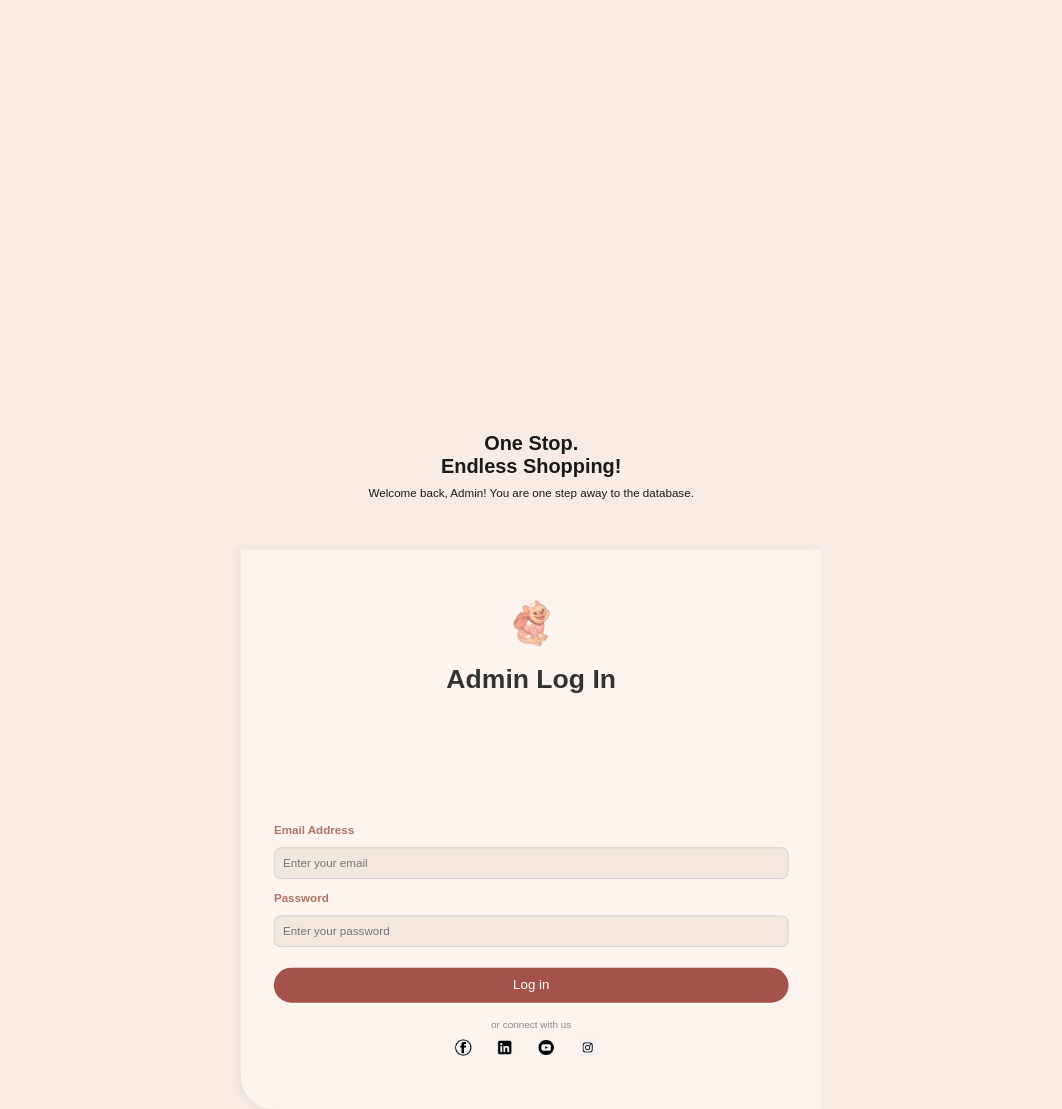
Repository: Yanayana-p/Bullgoods
Page: /adminlogin (app in Bullgoodiez/)
The author's editor kept a copy of each file at every save. The page is drawn from the files as they stood at one save, then again after the next save.
The browser window is 1280 px wide. The pictures show the whole page, at 83% of full size.
Some web fonts or font styles are not loaded; a fallback is used. The project was rebuilt for these pictures with package versions that can differ from the ones it lists, and the page was loaded fresh each time. Also part of the build but not shown: Bullgoodiez/vite.config.js, Bullgoodiez/src/components/Navbar.css, Bullgoodiez/src/components/Navbar.jsx, Bullgoodiez/src/components/Home.jsx, Bullgoodiez/src/components/Developers.css, Bullgoodiez/src/components/Developers.jsx, Bullgoodiez/src/components/Mission1.css, Bullgoodiez/src/components/Mission1.jsx and 22 more.

Above is the page before, as saved 2025-05-18 23:08:08.

### Bullgoodiez/index.html
<!doctype html>
<html lang="en">
  <head>
    <meta charset="UTF-8" />
    <link rel="icon" type="image/svg+xml" href="/vite.svg" />
    <meta name="viewport" content="width=device-width, initial-scale=1.0" />
    <title>Bullgoods Marketplace</title>
       <!-- Google Fonts link-->
       <link href="https://fonts.googleapis.com/css2?family=Poetsen+One&display=swap" rel="stylesheet">
       <link rel="preconnect" href="https://fonts.googleapis.com">
   <link rel="preconnect" href="https://fonts.gstatic.com" crossorigin>
   <link href="https://fonts.googleapis.com/css2?family=Poppins:ital,wght@0,100;0,200;0,300;0,400;0,500;0,600;0,700;0,800;0,900;1,100;1,200;1,300;1,400;1,500;1,600;1,700;1,800;1,900&display=swap" rel="stylesheet">
   <link rel="preconnect" href="https://fonts.googleapis.com">
   <link rel="preconnect" href="https://fonts.gstatic.com" crossorigin>
   <link href="https://fonts.googleapis.com/css2?family=League+Spartan:wght@100..900&family=Poppins:ital,wght@0,100;0,200;0,300;0,400;0,500;0,600;0,700;0,800;0,900;1,100;1,200;1,300;1,400;1,500;1,600;1,700;1,800;1,900&display=swap" rel="stylesheet">

  </head>
  <body>
    <div id="root"></div>
    <script type="module" src="/src/main.jsx"></script>
  </body>
</html>

### Bullgoodiez/src/index.css
* {
  margin: 0;
  padding: 0;
  box-sizing: border-box;
}

body {
  font-family: 'Segoe UI', sans-serif;
  background-color: #F2E7DD;
  color: #333;
}

a {
  text-decoration: none;
  color: inherit;
}

html {
  scroll-behavior: smooth;
}

### Bullgoodiez/src/App.jsx
import React from 'react';
import { useParams } from 'react-router-dom';
import { BrowserRouter as Router, Routes, Route } from 'react-router-dom';

// Main page components
import Navbar from './components/Navbar';
import Home from './components/Home';
import Developers from './components/Developers';
import Mission from './components/Mission1';
import Footer from './components/Footer1';

// First page components
import Fnavbar1 from './firstpage/Fnavbar';
import Fhome from './firstpage/Fhome';
import Fcategory from './firstpage/fcategory';
import Fproducts from './firstpage/Fproducts';
import Ffooter from './firstpage/Ffooter';

// User page components
import Unavbar from './userpage/Unavbar';
import Uprofile from './userpage/Uprofile';
import Uinfo from './userpage/Uinfo';
import Ufooter from './userpage/Ufooter';

import LoginPage from './loginpage/loginpage';
import Navibar from './components/Navibar';

import Pnavbar from './dproductpage/Pnavbar';
import Pproduct from './dproductpage/Pproduct';
import Pfooter from './dproductpage/Pfooter';

import Alogin from './adminlogin/alogin';


function MainPage() {
  return (
    <>
      <Navbar />
      <div id="hero">
        <Home />
      </div>
      <div id="developers">
        <Developers />
      </div>
      <div id="mission">
        <Mission />
      </div>
      <div id="footer">
        <Footer />
      </div>
    </>
  );
}

function FirstPage() {
  return (
    <>
      <Fnavbar1 />
      <div className="fhome-wrapper">
        <Fhome />
      </div>
      <div className="fcategory-wrapper">
        <Fcategory />
      </div>
      <div className="fproducts-wrapper">
        <Fproducts />
      </div>
      <div className="ffooter-wrapper">
        <Ffooter />
      </div>
    </>
  );
}

function UserPage() {
  return (
    <>
      <Unavbar />
      <div className="Uprofile-wrapper">
        <Uprofile />
      </div>
      <div className="Uinfo-wrapper">
        <Uinfo />
      </div>
      <div className="Ufooter-wrapper">
        <Ufooter />
      </div>
    </>
  );
}

function ProductPage() {
  const { id } = useParams();
  return (
    <>
      <Pnavbar />
      <div className="product-wrapper">
        <Pproduct productId={id} />
      </div>
      <Pfooter />
    </>
  );
}

function AdminLogin() {
  return (
    <>
      <Alogin />
    </>
  );
}

function App() {
  return (
    <Router>
      <Routes>
        <Route path="/" element={<MainPage />} />
        <Route path="/firstpage" element={<FirstPage />} />
        <Route path="/userpage" element={<UserPage />} />
        <Route path="/loginpage" element={<><Navibar /> <LoginPage /></>} />
        <Route path="/dproductpage/:id" element={<ProductPage />} />
        <Route path="/adminlogin" element={<AdminLogin />} />
      </Routes>
    </Router>
  );
}

export default App;

### Bullgoodiez/src/adminlogin/alogin.jsx
import React from 'react';
import './alogin.css';

const Alogin = () => {
  return (
    <div className="admin-login-page">
      <div className="admin-left-panel">
        <h2>One Stop.<br />Endless Shopping!</h2>
        <p>Welcome back, Admin! You are one step away to the database.</p>
      </div>

      <div className="admin-right-wrapper">
        <div className="admin-right-panel">
          <img src="/webcon.png" alt="Bullgoods" className="logo" />
          <h1>Admin Log In</h1>
          <form className="login-form">
            <label>Email Address</label>
            <input type="email" placeholder="Enter your email" />

            <label>Password</label>
            <input type="password" placeholder="Enter your password" />

            <button type="submit">Log in</button>
          </form>

          <p className="connect-text">or connect with us</p>
          <div className="social-icons">
            <a href="#"><img src="/fb-icon.png" alt="Facebook" /></a>
            <a href="#"><img src="/linkedin-icon.png" alt="LinkedIn" /></a>
            <a href="#"><img src="/youtube-icon.png" alt="YouTube" /></a>
            <a href="#"><img src="/instagram-icon.png" alt="Instagram" /></a>
          </div>
        </div>
      </div>
    </div>
  );
};

export default Alogin;

### Bullgoodiez/src/components/Home.css
@import url('https://fonts.googleapis.com/css2?family=Dancing+Script:wght@400;700&family=Poppins:wght@400;600&display=swap');

.home-container {
    padding-top: 100px;
    text-align: center;
}

.hero-section {
    background-color: #f0f0f0;
    padding: 100px 40px;
    border: 2px solid #CA8E82;
    border-radius: 36px;
    max-width: 1500px;
    margin: 0 auto;
    display: flex;
    justify-content: space-between;
    align-items: center;
    gap: 0px;
    transition: transform 0.3s ease-in-out;
}

.hero-section:hover {
    transform: translateY(-10px);
}

.hero-section .image-container {
    width: 50%;
}

.hero-section img {
    width: 80%;
    height: auto;
    transition: transform 0.3s ease-in-out;
}

.hero-section img:hover {
    transform: scale(1.1);
}

.hero-section .text-container {
    width: 50%;
    text-align: center;
    display: flex;
    flex-direction: column;
    align-items: center;
    justify-content: center;
}

.hero-section h1 {
    font-family: 'Dancing Script', cursive;
    font-size: 48px;
    color: #CA8E82;
    margin-bottom: 20px;
    letter-spacing: 1px;
    animation: fadeIn 1s ease-out;
}

@keyframes fadeIn {
    0% {
        opacity: 0;
        transform: translateY(20px);
    }
    100% {
        opacity: 1;
        transform: translateY(0);
    }
}

.hero-section p {
    font-family: 'Poppins', sans-serif;
    font-size: 20px;
    color: #666;
    line-height: 1.6;
    letter-spacing: 0.5px;
    opacity: 0;
    animation: fadeIn 1.5s ease-out forwards;
    animation-delay: 0.5s;
}

.shop-now {
    padding: 10px 30px;
    background-color: #CA8E82;
    border: none;
    color: white;
    font-size: 18px;
    font-weight: bold;
    cursor: pointer;
    border-radius: 27px;
    margin-top: 20px;
    transition: background-color 0.3s ease, transform 0.3s ease;
}

.shop-now:hover {
    background-color: #292421;
    transform: translateY(-5px);
}

.features {
    padding: 50px 20px;
}

.features h2 {
    font-size: 30px;
    color: #333;
    font-family: 'Poppins', sans-serif;
    font-weight: 600;
}

.feature-cards {
    display: flex;
    justify-content: center;
    gap: 30px;
    margin-top: 40px;
}

.feature-card {
    background-color: #f8f8f8;
    border: 1px solid #ddd;
    padding: 20px;
    width: 250px;
    text-align: center;
    border-radius: 10px;
    transition: transform 0.3s ease, box-shadow 0.3s ease;
}

.feature-card:hover {
    transform: translateY(-10px);
    box-shadow: 0 8px 16px rgba(0, 0, 0, 0.1);
}

.feature-card h3 {
    font-size: 20px;
    color: #CA8E82;
    font-family: 'Dancing Script', cursive;
    transition: color 0.3s ease;
}

.feature-card:hover h3 {
    color: #292421;
}

.feature-card p {
    font-size: 16px;
    color: #555;
    font-family: 'Poppins', sans-serif;
    transition: color 0.3s ease;
}

.feature-card:hover p {
    color: #CA8E82;
}

### Bullgoodiez/src/components/Footer1.css
.footer {
    display: flex;
    justify-content: space-between;
    padding: 30px;
    background-color: #f2e7dd; /* Background color for the footer */
    color: #CA8E82; /* Text color */
    font-family: 'Arial', sans-serif;
    margin-top: 30px; /* Ensure there's space between the content and the footer */
    z-index: 1;  /* Set a lower z-index than the navbar if needed */
    position: relative; /* Ensures the footer is positioned within the normal document flow */
  }

  .footer-left {
    flex: 1;
    text-align: left;
  }

  .footer-left h2 {
    font-size: 30px;
    margin-bottom: 10px;
  }

  .social-icons a {
    margin-right: 15px;
  }

  .social-icons img {
    width: 20px;
    height: 20px;
  }

  .footer-right {
    color: #000000;
    flex: 2;
    display: flex;
    justify-content: space-between;
  }

  .footer-column {
    font-size: 15px;
    display: flex;
    flex-direction: column;
    width: 200px; /* Adjust width per column */
  }

  .footer-column h4 {
    font-size: 20px;
    margin-bottom: 10px;
  }

  .footer-column ul {
    list-style-type: none;
    padding: 0;
  }

  .footer-column li {
    margin-bottom: 8px;
    font-size: 16px;
  }

  .footer-column li:hover {
    text-decoration: underline;
  }

### Bullgoodiez/src/firstpage/Fnavbar.css
.fnavbar {
    display: flex;
    justify-content: space-between;
    align-items: center;
    padding: 10px 20px;
    background-color: #F2E7DD;
    position: fixed;
    top: 0;
    left: 0;
    right: 0;
    z-index: 100;
    transition: background-color 0.3s ease, box-shadow 0.3s ease;
  }

  .fnavbar-left {
    display: flex;
    justify-content: flex-start;
}

.fnavbar-center {
    display: flex;
    justify-content: center;
    flex: 2; /* This will take up more space in the middle */
}

.fnavbar-logo {
    height: 40px;
    margin-top: 10px;
}

.fnavbar-right {
    display: flex;
    gap: 10px;
    align-items: center;
    justify-content: center; /* Center the buttons */
    flex: 17; /* Ensures the right side only takes as much space as it needs */
}

.icon-button {
    background-color: #292421;
    color: #f3e7dd;
    border: none;
    border-radius: 37%;
    width: 40px;
    height: 40px;
    font-size: 18px;
    display: flex;
    align-items: center;
    justify-content: center;
    cursor: pointer;
    margin-top: 20px;
    transition: background-color 0.3s ease;
}

.icon-button:hover {
    background-color: #CA8E82;
}

  .start-selling {
    background-color: #292421;
    color: #f3e7dd;
    border: none;
    padding: 13px 34px;
    border-radius: 27px;
    font-weight: bold;
    cursor: pointer;
    margin-top: 20px;
    transition: background-color 0.3s ease;
  }

  .start-selling:hover {
    background-color: #CA8E82;
  }


  body {
    padding-top: 60px;
  }

### Bullgoodiez/src/firstpage/Fhome.css
@import url('https://fonts.googleapis.com/css2?family=Dancing+Script:wght@400;700&family=Poppins:wght@400;600&display=swap');

.fhome-container {
    display: flex;
    flex-direction: column;
    align-items: center;
    justify-content: center;
    height: 30vh;
    background-color: #f3e7dd;
    color: #292421;
    text-align: center;
    padding-top: 300px;
}

.time-day {
    display: flex;
    justify-content: center;
    align-items: center;
    gap: 20px; /* Adds space between time and day */
    padding: 10px; /* Add padding for space inside the border */
    border: 2px solid #CA8E82; /* Border with a specific color */
    border-radius: 110px; /* Border radius of 6px */
    background-color: white; /* Optional: Adds a background color for contrast */
}

.ph-time {
    font-size: 80px;
    font-weight: bold;
    margin: 0;
    font-family: 'Poppins', sans-serif; /* Clean, modern font for the time */
    padding: 25px 50px; /* Add padding for space inside the border */
    border: 2px solid #CA8E82; /* Border with a specific color */
    border-radius: 100px; /* Border radius of 6px */
    background-color: white; /* Optional: Adds a background color for contrast */
}

.day-date {
    font-size: 24px;
    margin-top: 15px;
    font-family: 'sans-serif';
}

.current-day {
    font-weight: bold;
}

.full-date {
    font-size: 24px;
    color: #333;
}

.search-image {
    margin-top: 30px;
    width: 250px;  /* You can adjust this value as needed */
    height: auto;  /* Maintain the aspect ratio */
    object-fit: contain;  /* Ensure it doesn't get distorted */
    margin-bottom: 0px;  /* Adds space between the image and the search bar */
  }

.search-section {
    display: flex;
    justify-content: center;
    align-items: center;
    margin-top: 1px;
    width: 100%;
}

.search-wrapper {
    position: relative;
    width: 100%;
    max-width: 700px;
}

/* input styling */
.search-bar {
    width: 100%;
    padding: 12px 50px 12px 20px; /* space for button inside */
    font-size: 18px;
    border: 2px solid #292421;
    border-radius: 30px;
    background-color: rgba(0, 0, 0, 0.1); /* Semi-transparent black */
    outline: none;
    transition: all 0.3s ease;
}

.search-bar:focus {
    border-color: #292421;
    box-shadow: 0 0 10px rgba(202, 142, 130, 0.5);
    background-color: rgba(224, 128, 144, 0.3); /* Slightly darker transparent black when focused */
}

/* icon button styling */
.search-button {
    position: absolute;
    right: 17px;
    top: 50%;
    transform: translateY(-50%);
    background-color: transparent;
    border: none;
    font-size: 20px;
    border-color: #292421;
    cursor: pointer;
    padding: 0;
}

.search-button:hover {
    color: #A03936;
}

body {
    padding-top: 60px; /* Ensure that the page content doesn't hide under the navbar */
}

.fhome-wrapper,
.fcategory-wrapper,
.fproducts-wrapper {
  display: flex;
  flex-direction: column;
  align-items: center;
  width: 100%;
}

### Bullgoodiez/src/firstpage/Ffooter.css
.footer {
    display: flex;
    justify-content: space-between;
    padding: 30px;
    background-color: #f2e7dd; /* Background color for the footer */
    color: #CA8E82; /* Text color */
    font-family: 'Arial', sans-serif;
    margin-top: 30px; /* Ensure there's space between the content and the footer */
    z-index: 1;  /* Set a lower z-index than the navbar if needed */
    position: relative; /* Ensures the footer is positioned within the normal document flow */
  }

  .footer-left {
    flex: 1;
    text-align: left;
  }

  .footer-left h2 {
    font-size: 30px;
    margin-bottom: 10px;
  }

  .social-icons a {
    margin-right: 15px;
  }

  .social-icons img {
    width: 20px;
    height: 20px;
  }

  .footer-right {
    color: #000000;
    flex: 2;
    display: flex;
    justify-content: space-between;
  }

  .footer-column {
    font-size: 15px;
    display: flex;
    flex-direction: column;
    width: 200px; /* Adjust width per column */
  }

  .footer-column h4 {
    font-size: 20px;
    margin-bottom: 10px;
  }

  .footer-column ul {
    list-style-type: none;
    padding: 0;
  }

  .footer-column li {
    margin-bottom: 8px;
    font-size: 16px;
  }

  .footer-column li:hover {
    text-decoration: underline;
  }

### Bullgoodiez/src/userpage/Uinfo.css
.user-form-minimal {
    width: 50%;
    margin-left: 2rem;
    padding: 2rem;
    background: none;
    box-shadow: none;
    transition: all 0.3s ease-in-out;
  }

  .user-form-minimal h2 {
    font-size: 1.8rem;
    margin-bottom: 1.5rem;
  }

  .form-row {
    display: flex;
    gap: 1rem;
    margin-bottom: 1rem;
  }

  .form-group {
    flex: 1;
    display: flex;
    flex-direction: column;
    transition: all 0.3s ease;
  }

  label {
    margin-bottom: 0.5rem;
    font-weight: bold;
  }

  input {
    padding: 0.5rem;
    border: 1px solid #ccc;
    border-radius: 4px;
    transition: border 0.3s ease, box-shadow 0.3s ease;
    background-color: #F2E7DD;
  }

  input:focus {
    border-color: #000;
    box-shadow: 0 0 5px rgba(0, 0, 0, 0.2);
    outline: none;
  }

  .submit-btn {
    width: 100%;
    padding: 0.75rem;
    background-color: #000;
    border-radius: 8px;
    color: white;
    border: none;
    margin-top: 1rem;
    cursor: pointer;
    transition: background-color 0.3s ease;
  }

  .submit-btn:hover {
    background-color: #333;
  }

  .action-buttons {
    display: flex;
    justify-content: space-between;
    margin-top: 1rem;
  }

  .edit-btn,
  .delete-btn {
    flex: 1;
    padding: 0.75rem;
    margin: 0.5rem;
    border: none;
    cursor: pointer;
    border-radius: 8px;
    transition: background-color 0.3s ease, transform 0.2s ease;
  }

  .edit-btn {
    background-color: #000;
    color: #F2E7DD;
  }

  .edit-btn:hover {
    background-color: #333;
    transform: scale(1.02);
  }

  .delete-btn {
    background-color: #b23b3b;
    color: white;
  }

  .delete-btn:hover {
    background-color: #911c1c;
    transform: scale(1.02);
  }

### Bullgoodiez/src/userpage/Ufooter.css
.footer {
    display: flex;
    justify-content: space-between;
    padding: 30px;
    background-color: #f2e7dd; /* Background color for the footer */
    color: #CA8E82; /* Text color */
    font-family: 'Arial', sans-serif;
    margin-top: 30px; /* Ensure there's space between the content and the footer */
    z-index: 1;  /* Set a lower z-index than the navbar if needed */
    position: relative; /* Ensures the footer is positioned within the normal document flow */
  }

  .footer-left {
    flex: 1;
    text-align: left;
  }

  .footer-left h2 {
    font-size: 30px;
    margin-bottom: 10px;
  }

  .social-icons a {
    margin-right: 15px;
  }

  .social-icons img {
    width: 20px;
    height: 20px;
  }

  .footer-right {
    color: #000000;
    flex: 2;
    display: flex;
    justify-content: space-between;
  }

  .footer-column {
    font-size: 15px;
    display: flex;
    flex-direction: column;
    width: 200px; /* Adjust width per column */
  }

  .footer-column h4 {
    font-size: 20px;
    margin-bottom: 10px;
  }

  .footer-column ul {
    list-style-type: none;
    padding: 0;
  }

  .footer-column li {
    margin-bottom: 8px;
    font-size: 16px;
  }

  .footer-column li:hover {
    text-decoration: underline;
  }

### Bullgoodiez/src/dproductpage/Pproduct.css
body {
  margin: 0;
  font-family: Arial, sans-serif;
  background-color: #f8ebe3;
}

.page-container {
  padding-top: 100px;
  display: flex;
  justify-content: center;
  overflow-x: hidden;
}

.product-container {
  display: flex;
  flex-direction: row;
  gap: 40px;
  max-width: 1000px;
  width: 100%;
  padding: 40px;
  border-radius: 12px;
  color: black;
  box-shadow: 0 2px 10px rgba(0, 0, 0, 0.1);
  flex-wrap: wrap; /* Allow wrap for responsiveness */
}

.image-section {
  flex: 1;
  min-width: 300px;
  display: flex;
  align-items: center;
  justify-content: center;
}

.main-image {
  width: 300px;
  height: 300px;
  object-fit: cover;
  border-radius: 10px;
  border: 2px solid #ccc;
}

.details-section {
  flex: 1;
  min-width: 300px;
  max-width: 100%;
  display: flex;
  flex-direction: column;
  justify-content: flex-start;
  overflow-y: auto;
  max-height: 400px; /* Set a height limit to allow scroll */
}

.details-section h2 {
  margin-bottom: 10px;
  font-size: 28px;
}

.price {
  color: #8b2d2d;
  font-size: 22px;
  margin-bottom: 15px;
}

.details-section p {
  font-size: 16px;
  line-height: 1.6;
  margin-bottom: 20px;
  word-wrap: break-word;
}

.button-row {
  display: flex;
  gap: 15px;
  flex-wrap: wrap;
}

.btn {
  padding: 10px 20px;
  background-color: #8b2d2d;
  color: white;
  border: none;
  border-radius: 20px;
  cursor: pointer;
  transition: background-color 0.3s;
}

.btn:hover {
  background-color: #5f1c1c;
}

.product-not-found {
  margin-top: 100px;
  text-align: center;
  font-size: 20px;
  color: red;
}

### Bullgoodiez/src/dproductpage/Pfooter.css
.footer {
    display: flex;
    justify-content: space-between;
    padding: 30px;
    background-color: #f2e7dd; /* Background color for the footer */
    color: #CA8E82; /* Text color */
    font-family: 'Arial', sans-serif;
    margin-top: 30px; /* Ensure there's space between the content and the footer */
    z-index: 1;  /* Set a lower z-index than the navbar if needed */
    position: relative; /* Ensures the footer is positioned within the normal document flow */
    flex-shrink: 0;
  }

  .footer-left {
    flex: 1;
    text-align: left;
  }

  .footer-left h2 {
    font-size: 30px;
    margin-bottom: 10px;
  }

  .social-icons a {
    margin-right: 15px;
  }

  .social-icons img {
    width: 20px;
    height: 20px;
  }

  .footer-right {
    color: #000000;
    flex: 2;
    display: flex;
    justify-content: space-between;
  }

  .footer-column {
    font-size: 15px;
    display: flex;
    flex-direction: column;
    width: 200px; /* Adjust width per column */
  }

  .footer-column h4 {
    font-size: 20px;
    margin-bottom: 10px;
  }

  .footer-column ul {
    list-style-type: none;
    padding: 0;
  }

  .footer-column li {
    margin-bottom: 8px;
    font-size: 16px;
  }

  .footer-column li:hover {
    text-decoration: underline;
  }

### Bullgoodiez/src/adminlogin/alogin.css
.admin-left-panel {
  flex: 1;
  padding: 60px 40px;
  color: #1a1a1a;
  display: flex;
  flex-direction: column;
  justify-content: center;
  text-align: center;
  margin-top: 400px;
}

.admin-left-panel h2 {
  font-size: 24px;
  font-weight: bold;
  margin-bottom: 10px;
}

.admin-left-panel p {
  font-size: 14px;
}

.admin-right-wrapper {
  flex: 1;
  display: flex;
  align-items: flex-start; /* Align to top */
  justify-content: center;
  background-color: transparent; /* No background here */
  position: relative;
}

.admin-right-panel {
  margin-top: 0;
  background-color: #fdf4ef;
  border-bottom-left-radius: 40px;
  height: 100%;
  width: 100%; /* Takes full space of wrapper */
  max-width: 700px; /* ← Increase this to widen the rectangle */
  padding: 60px 40px;
  box-shadow: -5px 0 10px rgba(0, 0, 0, 0.05);
  display: flex;
  flex-direction: column;
  align-items: center;
}

.logo {
  width: 50px;
  margin-bottom: 10px;
}

h1 {
  margin: 10px 0;
}

.login-form {
  width: 100%;
  display: flex;
  flex-direction: column;
  text-align: left;
  margin-top: 130px; /* Add this */
}

.login-form label {
  font-size: 14px;
  margin-top: 15px;
  color: #b07366;
}

.login-form input {
  padding: 10px;
  margin-top: 5px;
  border-radius: 8px;
  border: 1px solid #ccc;
  font-size: 14px;
}

.login-form button {
  margin-top: 25px;
  padding: 12px;
  background-color: #a3534a;
  color: white;
  border: none;
  border-radius: 25px;
  font-size: 16px;
  cursor: pointer;
}

.login-form button:hover {
  background-color: #803c36;
}

.connect-text {
  margin: 20px 0 10px;
  font-size: 12px;
  color: #888;
}

.social-icons {
  display: flex;
  justify-content: center;
  gap: 15px;
}

.social-icons img {
  width: 20px;
  height: 20px;
}

Loaded but not shown: Bullgoodiez/src/main.jsx (common file)

After the next save:
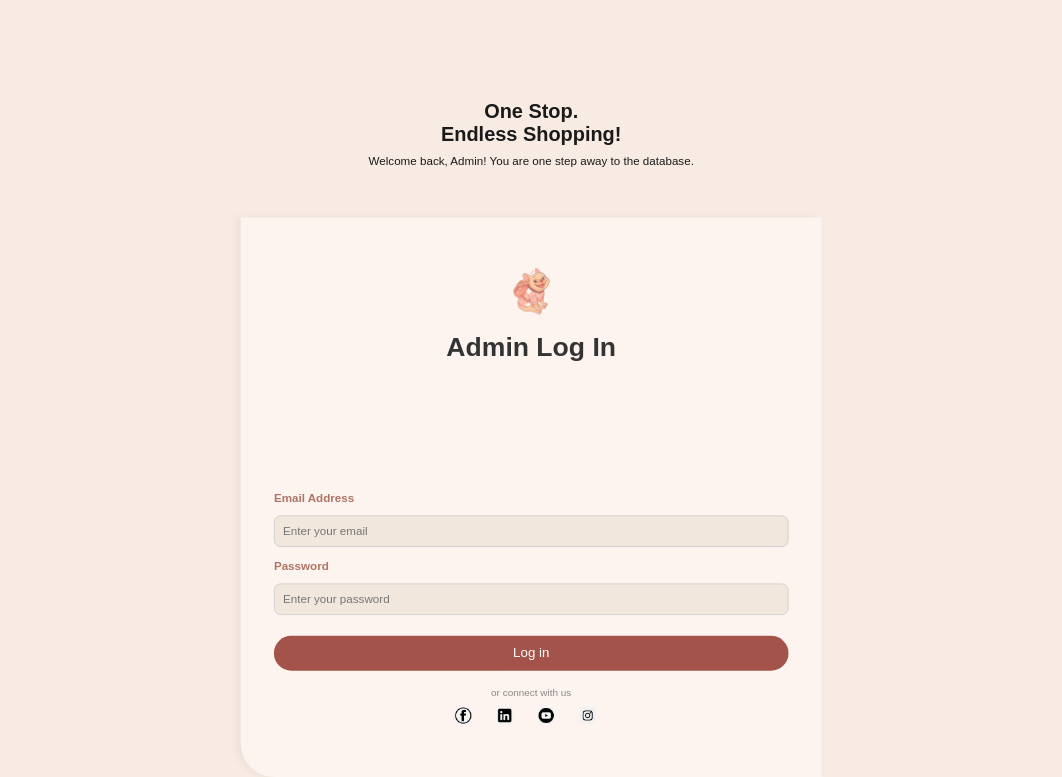
Saved 14 s later.
--- a/Bullgoodiez/src/adminlogin/alogin.css
+++ b/Bullgoodiez/src/adminlogin/alogin.css
@@ -6,7 +6,6 @@
   flex-direction: column;
   justify-content: center;
   text-align: center;
-  margin-top: 400px;
 }
 
 .admin-left-panel h2 {
